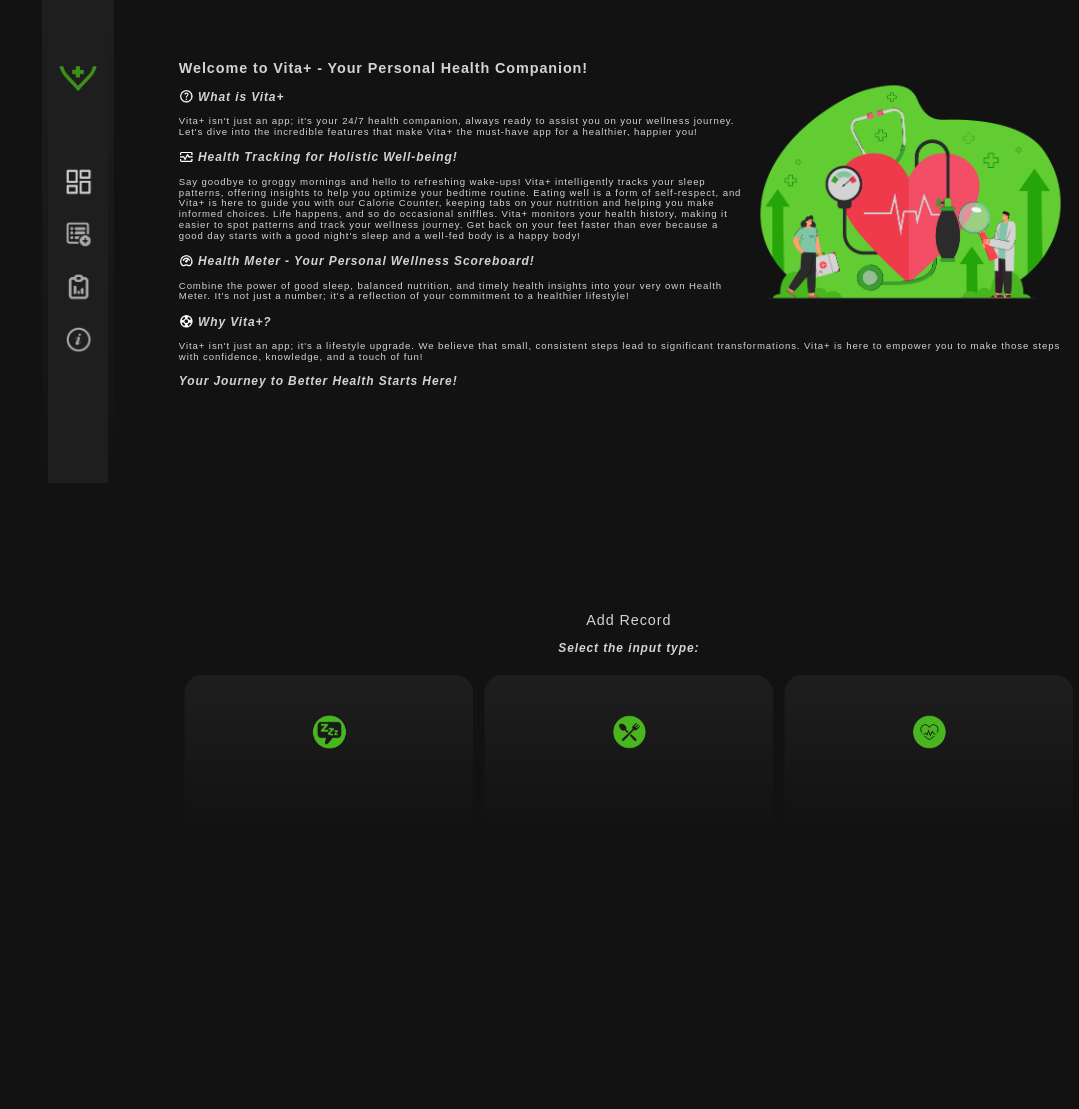
Repository: mhmd-bilal/health-analytics-dashboard
Page: http://localhost/project/info.jsp
The author's editor kept a copy of each file at every save. The page is drawn from the files as they stood at one save, then again after the next save.
The browser window is 1280 px wide. The page is 1798 px wide, so the pictures cover 1798 px, including what lies to the right of the window. The pictures show the whole page, at 60% of full size.
Some web fonts or font styles are not loaded; a fallback is used. Some web libraries are served in a nearby version. The page is served by Tomcat 10.

Above is the page before, as saved 2023-12-06 15:43:48.

After the next save:
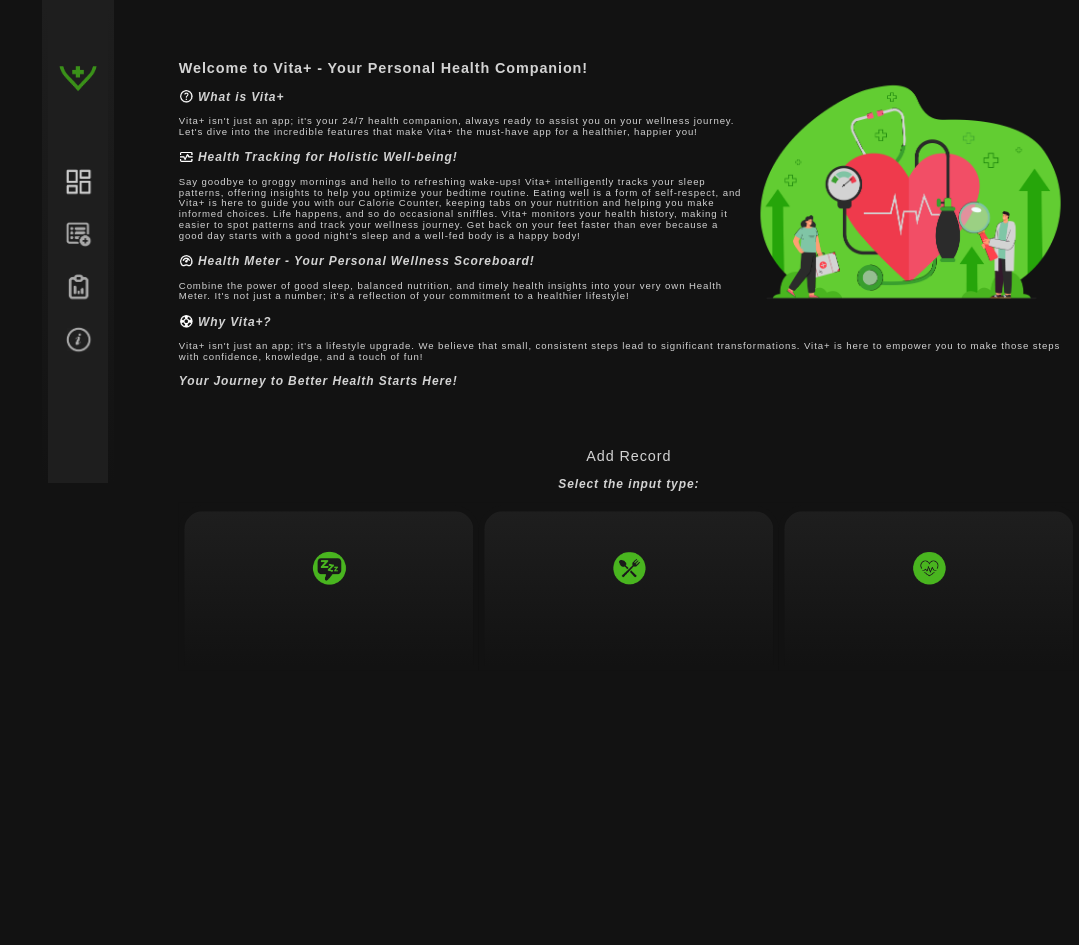
Saved 40 s later.
--- a/project/src/main/webapp/info.jsp
+++ b/project/src/main/webapp/info.jsp
@@ -65,7 +65,7 @@
     <a href="anal.jsp"><img src="anal.png"></a>
     <a href="info.jsp"><img src="info.png"></a>
   </div>
-        <div style="font-spacing:1px;margin-top:100px;" class="main">
+        <div style="font-spacing:1px;margin-top:100px;height: fit-content;" class="main">
               <img src="infograhic.png" class="infograhic" height="400px" ></p>
 
                   <h2 style="font-weight: bolder;">Welcome to Vita+ - Your Personal Health Companion!</h2>
